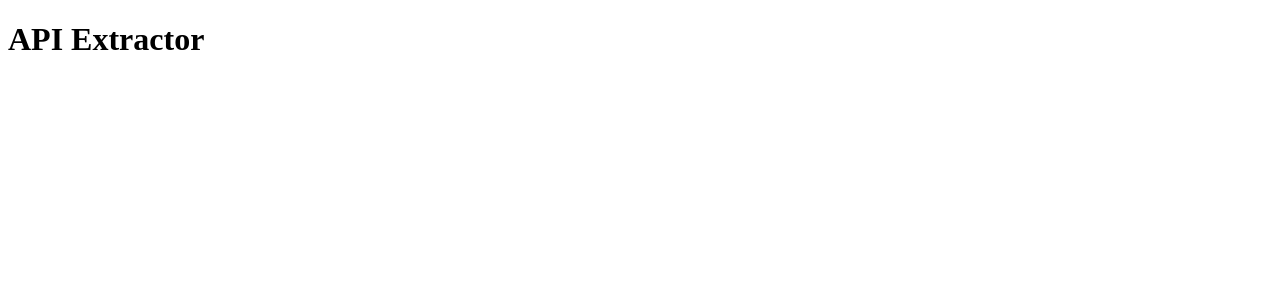
Repository: vxyux/api-extraction
Page: index.html
An editor plug-in stored every save of this project. The page is shown before and after the next save, followed by the edit.
The browser window is 1280 px wide. The pictures show the whole page.

Above is the page before, as saved 2023-09-05 10:06:23.

After the next save:
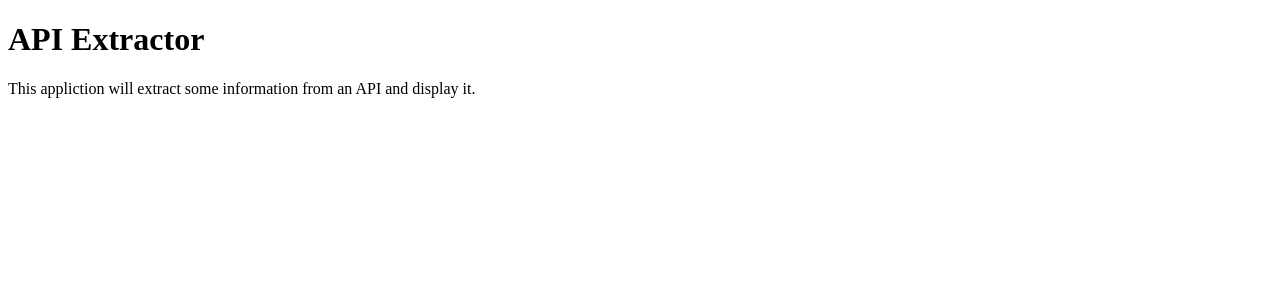
Saved 16 s later.
--- a/index.html
+++ b/index.html
@@ -9,6 +9,6 @@
 </head>
 <body>
   <h1>API Extractor</h1>
-  <p></p>
+  <p>This appliction will extract some information from an API and display it.</p>
 </body>
 </html>
